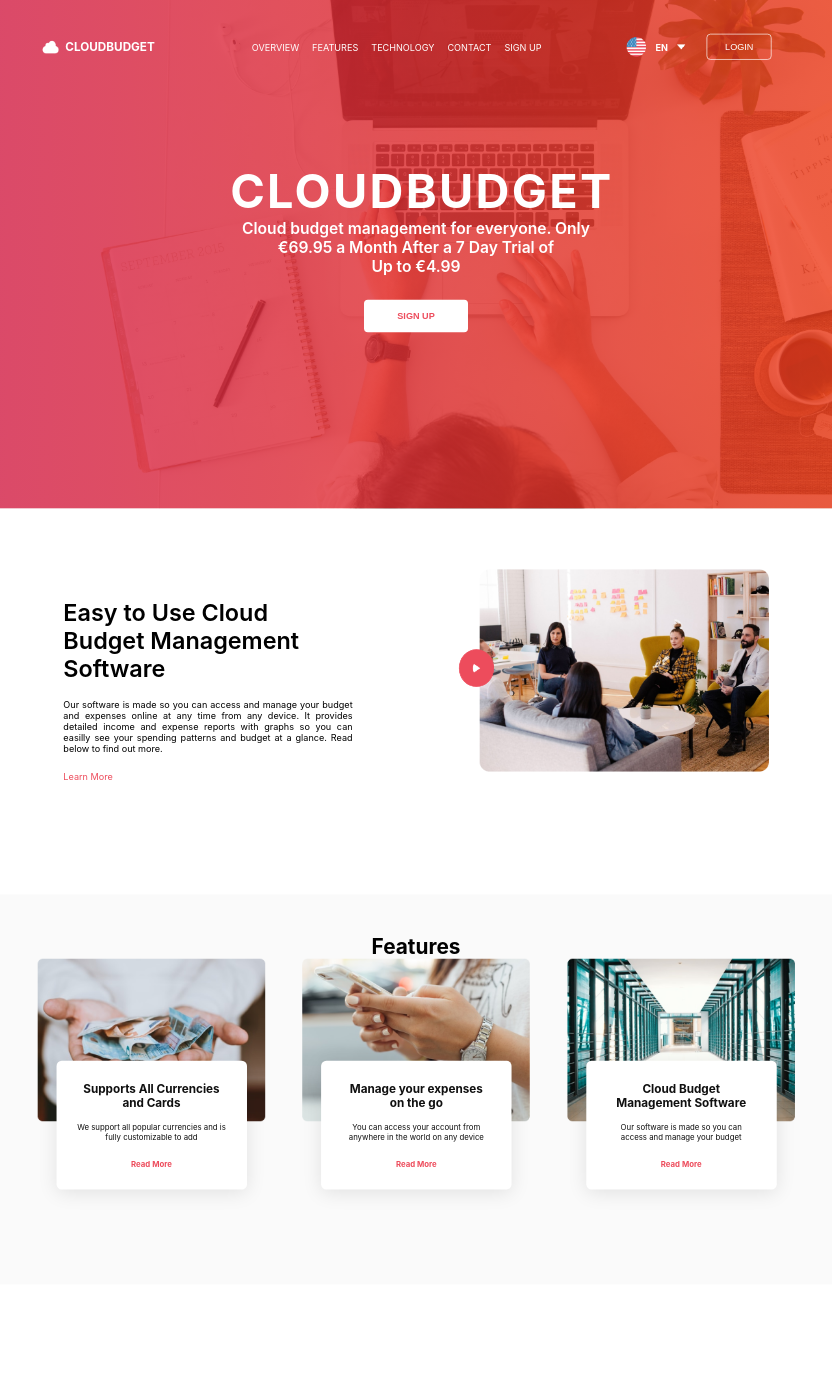
Repository: Ola-22/cloudBudget
Page: /
The author's editor kept a copy of each file at every save. The page is drawn from the files as they stood at one save, then again after the next save.
The browser window is 1280 px wide. The pictures show the whole page, at 65% of full size.
The project was rebuilt for these pictures with package versions that can differ from the ones it lists, and the page was loaded fresh each time.

Above is the page before, as saved 2021-09-13 13:54:34.

### src/App.js
import "./App.css";
import {
  Navbar,
  MainContent,
  VideoSection,
  Features,
} from "./components/component-path";

function App() {
  return (
    <div className="App">
      <div
        className="app-main"
        style={{
          backgroundImage:
            "linear-gradient(90deg, rgba(213, 32, 71, 0.8) 0%, rgba(238, 61, 27, 0.8) 100%),url(/images/bg.png)",
          height: "782px",
        }}
      >
        <Navbar />
        <MainContent />
      </div>
      <VideoSection />
      <Features />
    </div>
  );
}

export default App;

### src/App.css
*{
  margin: 0;
  padding: 0;
  box-sizing: border-box;
}

.app-main{
  /* height: 782px; */
  background-position: center;
  background-repeat: no-repeat;
  background-size: cover;
  position: relative;
}

### src/Components/component-path.js
export { default as Navbar } from "./Navbar";
export { default as MainContent } from "./MainContent";
export { default as VideoSection } from "./VideoSection";
export { default as Features } from "./Features";

### src/Components/Navbar/index.jsx
import "./style.scss";
import { Link, BrowserRouter as Router } from "react-router-dom";

function Navbar() {
  return (
    <div className="nav-main">
      <div className="nav-box">
        <img src="/images/Vector.png" alt="" />
        <h3>CLOUDBUDGET</h3>
      </div>
      <Router>
        <nav>
          <Link to="/">overview</Link>
          <Link to="/">features</Link>
          <Link to="/">technology</Link>
          <Link to="/">contact</Link>
          <Link to="/">sign up</Link>
        </nav>
      </Router>
      <div style={{ display: "flex", cursor: "pointer" }}>
        <div className="flag-box">
          <img src="/images/flag.png" alt="" />
          <h4>EN</h4>
          <img src="/images/vector2.png" alt="" />
        </div>
        <button>Login</button>
      </div>
    </div>
  );
}

export default Navbar;

### src/Components/MainContent/index.jsx
import "./style.css";

export default function MainContent() {
  return (
    <div className="main-content">
      <h1>CloudBudget</h1>
      <p>
        Cloud budget management for everyone. Only €69.95 a Month After a 7 Day
        Trial of
        <br /> Up to €4.99
      </p>
      <button>sign up</button>
    </div>
  );
}

### src/Components/VideoSection/index.jsx
import "./style.scss";

export default function VideoSection() {
  return (
    <div className="videoMain">
      <div className="video-content">
        <h2>Easy to Use Cloud Budget Management Software</h2>
        <p>
          Our software is made so you can access and manage your budget and
          expenses online at any time from any device. It provides detailed
          income and expense reports with graphs so you can easilly see your
          spending patterns and budget at a glance. Read below to find out more.
        </p>
        <a href="#">Learn More</a>
      </div>
      <div>
        <img src="/images/play.png" alt="" />
        <img src="/images/Video_bg.png" alt="" />
      </div>
    </div>
  );
}

### src/Components/Features/index.jsx
import FeaturesCard from "./FeaturesCard";
import "./style.scss";

export default function Features() {
  return (
    <div className="features-main">
      <h1>Features</h1>
      <div>
        <FeaturesCard
          src="/images/features1.png"
          title="Supports All Currencies and Cards"
          paragraph="We support all popular currencies and is fully customizable to add"
          readmore="Read More"
        />
        <FeaturesCard
          src="/images/features2.png"
          title="Manage your expenses on the go"
          paragraph="You can access your account from anywhere in the world on any device"
          readmore="Read More"
        />
        <FeaturesCard
          src="/images/features3.png"
          title="Cloud Budget Management Software"
          paragraph="Our software is made so you can access and manage your budget"
          readmore="Read More"
        />
      </div>
    </div>
  );
}

### src/Components/Navbar/style.scss
@import "../../styles/variables.scss";

.nav-main{
  display: flex;
  align-items: center;
  justify-content: space-around;
  padding-top: 52px;
  & >nav{
    display: flex;
    & >a {
      margin-left: 20px;
      text-transform: uppercase;
      color: $whiteColor;
      font-size: 14px;
      text-decoration: none;
    }
  }

  & button{
    width: 100px;
    height: 40px;
    background-color: transparent;
    border-radius: 6px;
    border: 1px solid $whiteColor;
    font-size: 14px;
    text-transform: uppercase;
    color: $whiteColor;
    margin-inline-start: 28.81px;
    margin-inline-end: 28px;
  }
}

.nav-box{
  display: flex;
  // margin-left: 5%;
  & > h3{
    font-size: 18px;
    margin-left: 9.9px;
    color: white;
  }
}

.flag-box{
  display: flex;
  align-items: center;
  width: 96px;
  & > h4{
    font-size: 14px;
    color: $whiteColor;
    margin-inline-start: 13.81px;
    margin-inline-end: 13.81px;
  }
}

### src/Components/MainContent/style.css
.main-content {
  display: -webkit-box;
  display: -ms-flexbox;
  display: flex;
  -webkit-box-align: center;
      -ms-flex-align: center;
          align-items: center;
  -webkit-box-orient: vertical;
  -webkit-box-direction: normal;
      -ms-flex-direction: column;
          flex-direction: column;
  color: #ffffff;
  margin-top: 158px;
}

.main-content > h1 {
  font-size: 72px;
  text-transform: uppercase;
  margin-left: 18px;
  letter-spacing: 0.05em;
}

.main-content > p {
  font-size: 24px;
  width: 540px;
  height: 124px;
  font-weight: 600;
  overflow-wrap: break-word;
  text-align: center;
  margin: 0;
}

.main-content > button {
  background-color: #ffffff;
  border-radius: 6px;
  width: 160px;
  height: 50px;
  font-size: 14px;
  text-transform: uppercase;
  color: #ED4C5C;
  border: none;
  font-weight: 600;
  cursor: pointer;
}
/*# sourceMappingURL=style.css.map */

### src/Components/VideoSection/style.scss
@import "../../styles/variables.scss";

.videoMain{
  display: flex;
  justify-content: space-around;
  margin-top: 94px;
  height: 500px;
  flex-wrap: wrap;
  & > div:last-of-type{
    position: relative;
    & img:first-of-type{
      border: 1px solid $btnColor;
      background-color: $btnColor;
      border-radius: 50%;
      padding: 20px;
      // width: 18px;
      position: absolute;
      margin-top: 123px;
      left: -32px;
    }
  }
}

.video-content{
  width: 445px;
  & > h2{
    font-size: 36px;
    line-height: 43px;
    margin-top: 46px;
    font-weight: 600;
  }
  & > p{
    font-size: 14px;
    text-align: justify;
    margin: 24px 0;
  }
  & > a{
    color: $btnColor;
    font-size: 14px;
    text-decoration: none;
  }
}

### src/Components/Features/FeaturesCard/index.js
import "./style.scss";

export default function FeaturesCard({ src, title, paragraph, readmore }) {
  return (
    <div className="features-card">
      <img src={src} alt="" />
      <div>
        <h3>{title}</h3>
        <p>{paragraph}</p>
        <a href="#">{readmore}</a>
      </div>
    </div>
  );
}

### src/Components/Features/style.scss
.features-main{
  background-color: #fafafa;
  // padding-top: 60px;
  height: 600px;
  & >h1{
    text-align: center;
    padding-top: 60px;
  }
  & > div:first-of-type{
    display: flex;
    justify-content: space-evenly;
    height: 660px;
    flex-wrap: wrap;
  }
}

### src/styles/variables.scss
$whiteColor: #ffffff;
$blackColor: #000000;
$orangeColor: #EE3D1B;
$pinkColor: #D52047;
$btnColor: #ED4C5C;

### src/Components/Features/FeaturesCard/style.scss
@import "../../../styles/variables.scss";


.features-card{
  position: relative;
  text-align: center;
  // &:first-of-type{
  //   margin-left: 80px;
  // }
  // &:last-of-type{
  //   margin-right: 80px;
  // }
  & > div{
    background-color: $whiteColor;
    position: absolute;
    top: 157px;
    width: 293px;
    height: 198px;
    left: 29px;
    box-shadow: 0px 5px 30px rgba(0, 0, 0, 0.1);
    display: flex;
    flex-direction: column;
    align-items: center;
    color: #101010;
    border-radius: 8px;
    & > h3{
      margin-top: 33px;
      margin-bottom: 20px;
      font-size: 18px;
      width: 229px;
    }
    & > p{
      font-size: 12px;
      width: 229px;
      height: 57px;
    }
    & > a{
      color: $btnColor;
      font-size: 12px;
      font-weight: bold;
      text-decoration: none;
    }
  }
}

Loaded but not shown: public/index.html (common file); src/index.js (common file); src/index.css (common file); src/reportWebVitals.js (common file)

After the next save:
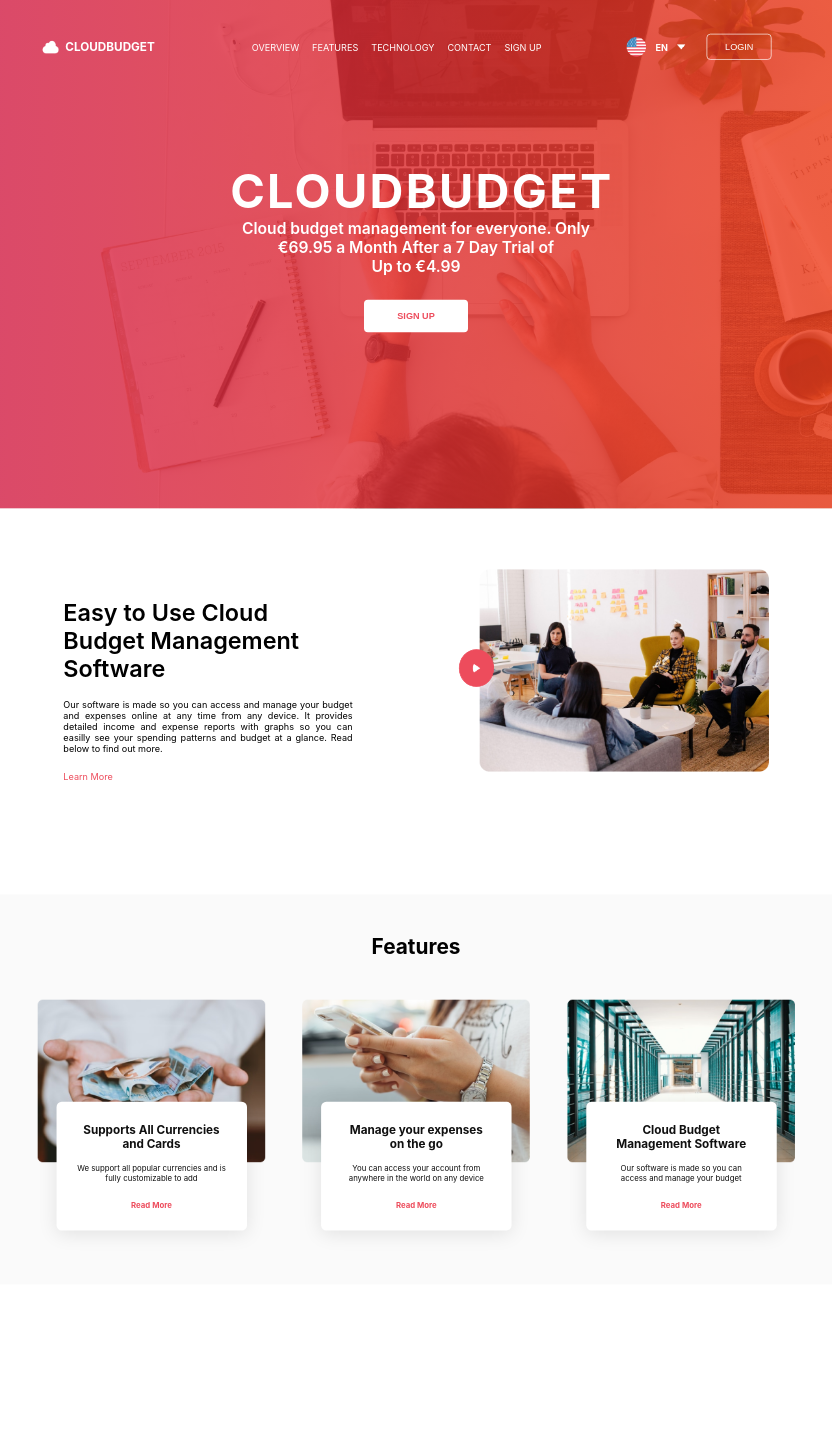
Saved 73 s later.
--- a/src/Components/Features/style.scss
+++ b/src/Components/Features/style.scss
@@ -5,6 +5,7 @@
   & >h1{
     text-align: center;
     padding-top: 60px;
+    padding-bottom: 63px;
   }
   & > div:first-of-type{
     display: flex;
